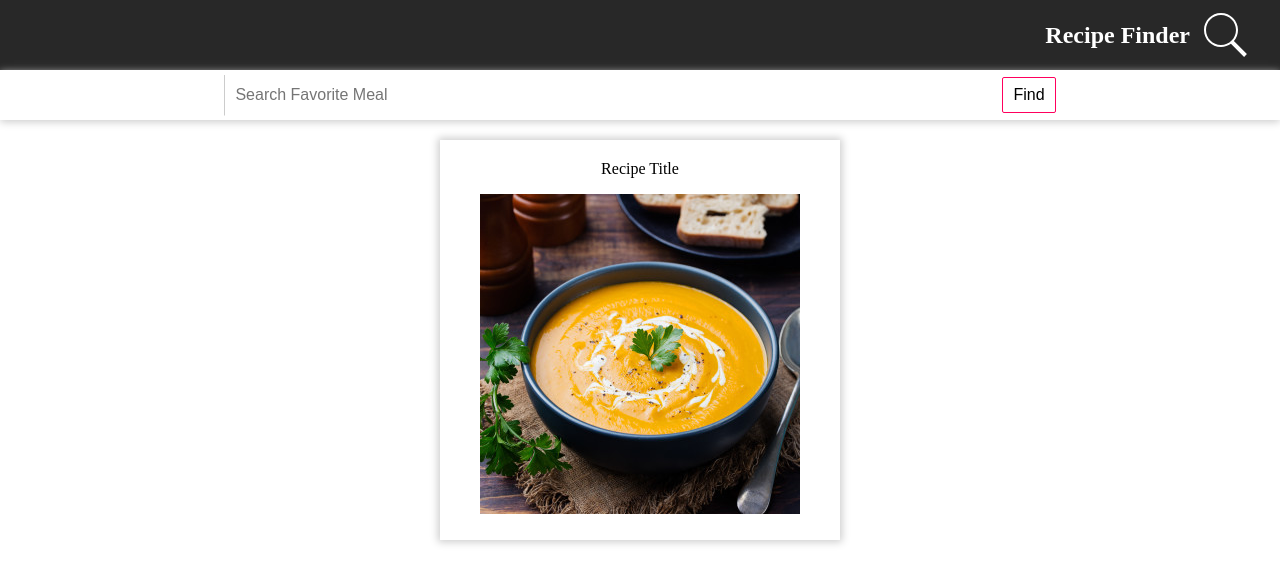
Repository: burntaftermint/recipes
Page: index.html
These files come from the project's save history. The page is drawn as it stood at one moment and after the next save; the edit follows.
The browser window is 1280 px wide. The pictures show the whole page.

Above is the page before, as saved 2023-11-06 04:54:20.

After the next save:
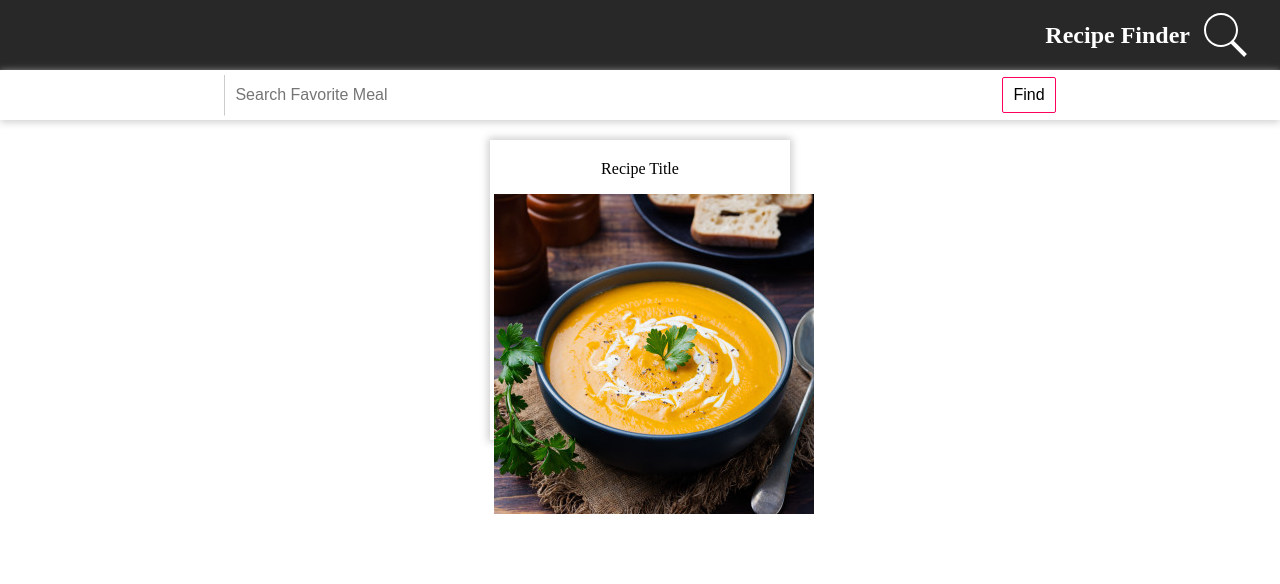
Saved 17 s later.
--- a/style.css
+++ b/style.css
@@ -87,8 +87,8 @@
 }
 
 .recipe {
-    height: 400px;
-    width: 400px;
+    height: 300px;
+    width: 300px;
     padding: 4px;
     box-shadow: 0px 0px 8px 2px var(--border-color);
     margin: 20px;

After the save that followed:
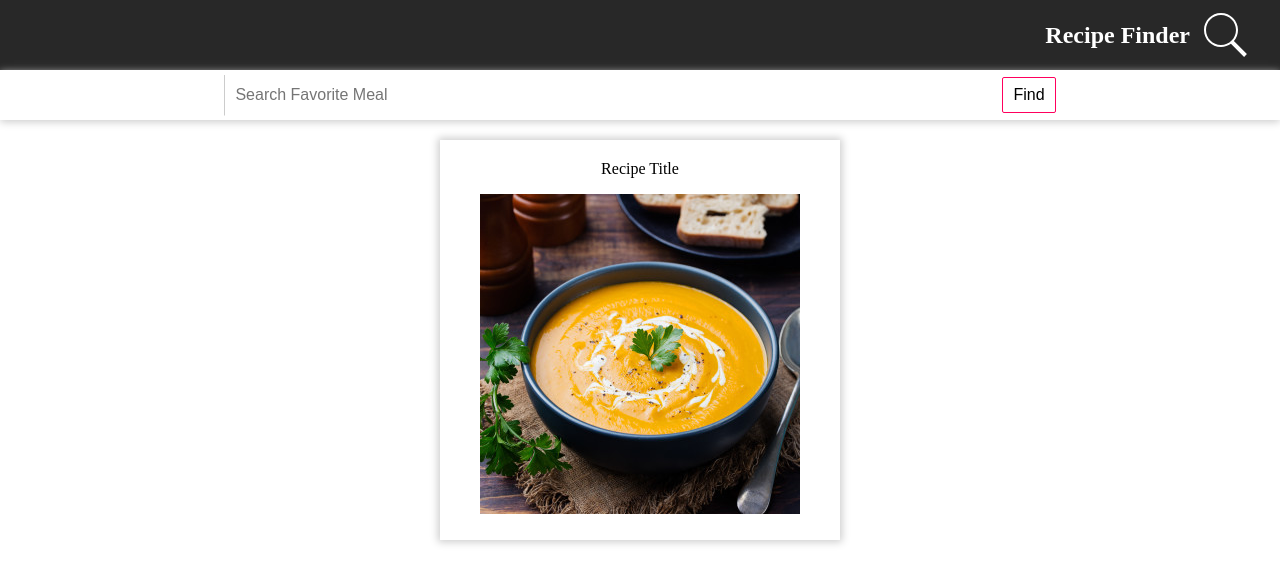
Saved 6 s later.
--- a/style.css
+++ b/style.css
@@ -87,8 +87,8 @@
 }
 
 .recipe {
-    height: 300px;
-    width: 300px;
+    height: 400px;
+    width: 400px;
     padding: 4px;
     box-shadow: 0px 0px 8px 2px var(--border-color);
     margin: 20px;
